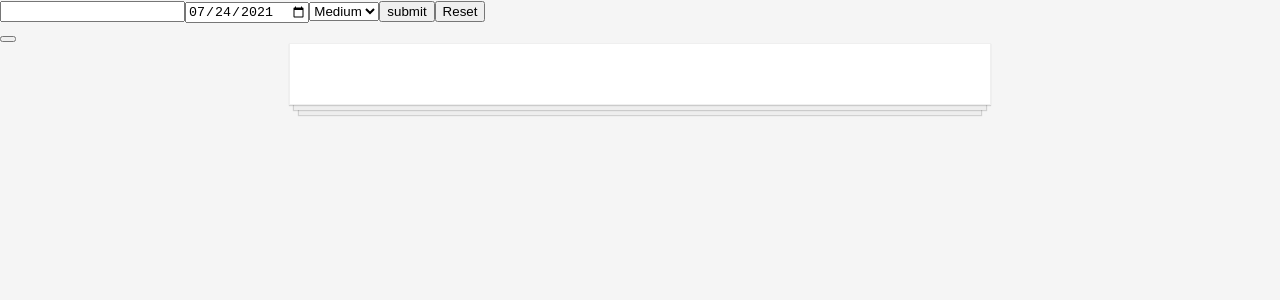
Repository: 0101chaitanya/react-todo
Page: /
These files come from the project's save history. The page is drawn as it stood at one moment and after the next save; the edit follows.
The browser window is 1280 px wide. The pictures show the whole page.
The project was rebuilt for these pictures with package versions that can differ from the ones it lists, and the page was loaded fresh each time. Also part of the build but not shown: src/components/TodoItem.js.

Above is the page before, as saved 2021-07-24 16:17:17.

### src/App.js
import React, { Component } from "react";
import TodoState from "./components/todoState";
import InputForm from "./components/InputForm";
import uniqid from "uniqid";
import { format } from "date-fns";

class App extends Component {
  constructor() {
    super();
    this.handleSubmit = this.handleSubmit.bind(this);
    this.state = {
      tasksArray: JSON.parse(localStorage.getItem("tasksArray")) ?? [],
    };
  }
  handleSubmit(e, input, context) {
    input.id = uniqid();

    e.preventDefault();
    this.setState(
      (prevState) => ({
        tasksArray: prevState.tasksArray.concat(input),
      }),
      () => {
        localStorage.setItem(
          "tasksArray",
          JSON.stringify(this.state.tasksArray)
        );
      }
    );

    console.log(this.state.tasksArray);
    //e.target.reset();
    e.target.submit();
  }

  render() {
    //localStorage.removeItem("tasksArray");
    //localStorage.clear();
    localStorage.setItem("tasksArray", JSON.stringify(this.state.tasksArray));
    console.log(this.state.tasksArray);

    //console.log(JSON.parse(localStorage.getItem("tasksArray")));
    return (
      <div>
        <InputForm
          //item={this.cache}
          //handleNoSubmission={this.handleNoSubmission}
          handleSubmit={this.handleSubmit}
        />
        <TodoState tasksArray={this.state.tasksArray} />
      </div>
    );
  }
}

export default App;

### src/components/todoState.js
import React from "react";
import TodoItem from "./TodoItem";
import css from "../App.css";
class TodoState extends React.Component {
  constructor(props) {
    super(props);
    this.state = {
      todos: this.props.tasksArray || [],
    };
    this.handleChange = this.handleChange.bind(this);
    //this.handleSubmit = this.handleSubmit.bind(this);
    this.deleteTask = this.deleteTask.bind(this);
    this.callSubmit = this.callSubmit.bind(this);
  }
  callSubmit(e, id, sentState) {
    this.setState(
      (prevState) => {
        const newTd = prevState.todos.map((todo) => {
          if (todo.id === id) {
            todo = sentState;
            return todo;
          } else {
            return todo;
          }
        });
        console.log(newTd);

        return {
          todos: newTd,
        };
      },
      (e) =>
        localStorage.setItem("tasksArray", JSON.stringify(this.state.todos))
    );
  }

  deleteTask(e, id) {
    this.setState(
      (prevState) => {
        const newTd = prevState.todos.filter((todo) => {
          return todo.id === id ? false : todo;
        });
        console.log(newTd);

        return {
          todos: newTd,
        };
      },
      (e) =>
        localStorage.setItem("tasksArray", JSON.stringify(this.state.todos))
    );
  }
  handleChange(id) {
    this.setState(
      (prevState) => {
        const newTodos = prevState.todos.map((todo) => {
          if (todo.id === id) {
            return {
              ...todo,
              completed: !todo.completed,
            };
          }
          return todo;
        });
        return {
          todos: newTodos,
        };
      },
      (e) =>
        localStorage.setItem("tasksArray", JSON.stringify(this.state.todos))
    );
  }
  render() {
    const todoItems = this.state.todos.map((item) => (
      <TodoItem
        key={item.id}
        item={item}
        callSubmit={this.callSubmit}
        deleteTask={this.deleteTask}
        handleChange={this.handleChange}
      />
    ));

    return (
      <div>
        <nav>
          <button></button>
        </nav>
        <div>
          <div className="todo-list">{todoItems}</div>
        </div>
      </div>
    );
  }
}

export default TodoState;

### src/components/InputForm.js
import React from "react";
import uniqid from "uniqid";
import parseISO from "date-fns/parseISO";

import { format } from "date-fns";

import differenceInDays from "date-fns/differenceInDays";
class InputForm extends React.Component {
  constructor(props) {
    super(props);
    this.state = this.props.item || {
      description: "",
      date: format(new Date(), "yyyy-MM-dd"),
      priority: "medium",
      completed: false,
    };
    this.handleChange = this.handleChange.bind(this);
  }

  handleChange(e) {
    const { name, value } = e.target;
    this.setState({
      ...this.state,

      [name]: value,
    });
  }

  render() {
    const bin = this.props.item;

    return (
      <form
        className="input-form"
        onSubmit={(e) => {
          this.props.handleSubmit(e, this.state, this);
          this.setState({
            description: "",
            date: format(new Date(), "yyyy-MM-dd"),
            priority: "medium",
            id: uniqid(),
            priorityTags: ["medium"],
            dateTags: [],
            completed: false,
          });
        }}
        onReset={(e) => {
          //e.preventDefault();
          this.setState({
            state: bin,
          });
        }}
      >
        <input
          onChange={this.handleChange}
          value={this.state.description}
          name="description"
          type="text"
          required
        />
        <input
          required
          onChange={this.handleChange}
          value={this.state.date}
          name="date"
          type="date"
        />
        <select
          onChange={this.handleChange}
          value={this.state.priority}
          name="priority"
          required
        >
          <option value="low">Low</option>
          <option value="medium">Medium</option>
          <option value="high">High</option>
        </select>

        <label>
          <input type="submit" value="submit" />
        </label>
        <label>
          <input type="reset" value="Reset" />
        </label>
      </form>
    );
  }
}
export default InputForm;

### src/App.css
body {
  background-color: whitesmoke;
}

.todo-list {
  background-color: white;
  margin: auto;
  width: 50%;
  display: flex;
  flex-direction: column;
  align-items: center;
  border: 1px solid #efefef;
  box-shadow:
    /* The top layer shadow */ 0 1px 1px rgba(0, 0, 0, 0.15),
    /* The second layer */ 0 10px 0 -5px #eee,
    /* The second layer shadow */ 0 10px 1px -4px rgba(0, 0, 0, 0.15),
    /* The third layer */ 0 20px 0 -10px #eee,
    /* The third layer shadow */ 0 20px 1px -9px rgba(0, 0, 0, 0.15);
  padding: 30px;
}

.todo-item {
  display: flex;
  justify-content: flex-start;
  align-items: center;
  padding: 30px 20px 0;
  width: 70%;
  border-bottom: 1px solid #cecece;
  font-family: Roboto, sans-serif;
  font-weight: 100;
  font-size: 15px;
  color: #333333;
}

input[type="checkbox"] {
  margin-right: 10px;
  font-size: 30px;
}

input[type="checkbox"]:focus {
  outline: 0;
}

Loaded but not shown: public/index.html (common file); src/index.js (common file); src/index.css (common file); src/reportWebVitals.js (common file)

After the next save:
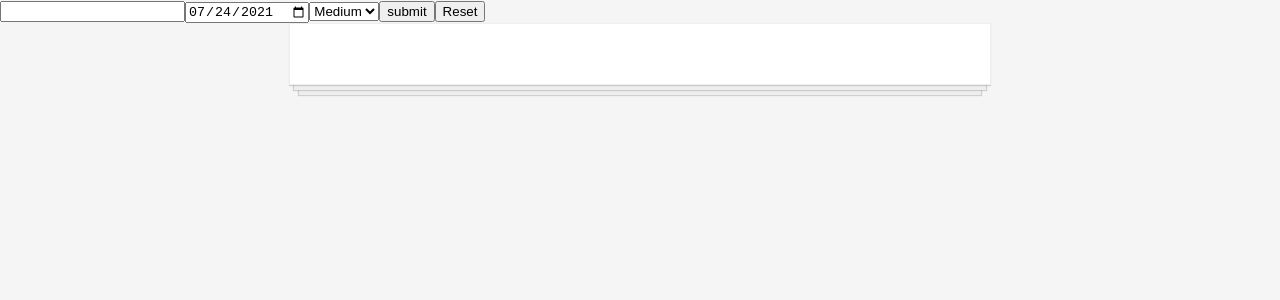
Saved 101 s later.
--- a/src/components/todoState.js
+++ b/src/components/todoState.js
@@ -83,12 +83,7 @@ class TodoState extends React.Component {
 
     return (
       <div>
-        <nav>
-          <button></button>
-        </nav>
-        <div>
-          <div className="todo-list">{todoItems}</div>
-        </div>
+        <div className="todo-list">{todoItems}</div>
       </div>
     );
   }
